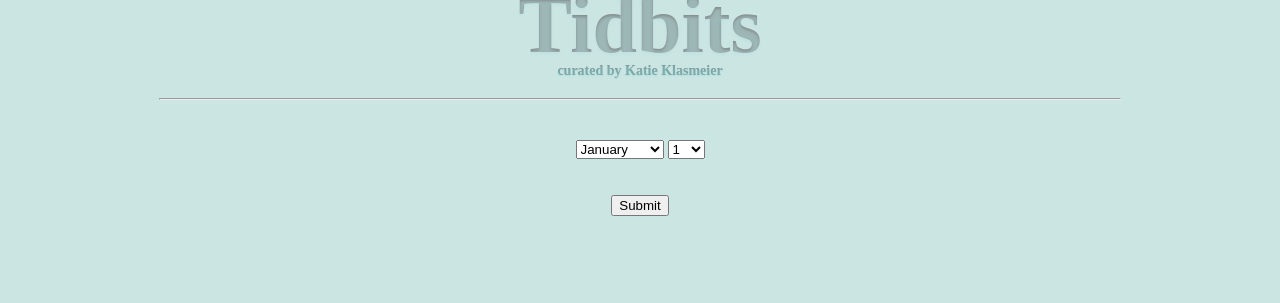
Repository: kklasmei/kklasmei.github.io
Page: tidbits/home.html
The author's editor kept a record of every edit. The page is drawn from the files as they stood at one moment, then again after the next edit.
The browser window is 1280 px wide. The pictures show the whole page.

Above is the page before.

### tidbits/home.html
<html>
    <head>
        <title>Tidbits</title>
        <link rel="stylesheet" href="tidbits.css">
    </head>
    <body>
        <h1> Tidbits </h1>
        <h2> curated by Katie Klasmeier </h2>
        <hr>
<div class= "date">
    <div class= "month"><select name="month">
    	<option value="1">January
    	<option value="2">February
    	<option value="3">March
    	<option value="4">April
    	<option value="5">May
    	<option value="6">June
    	<option value="7">July
    	<option value="8">August
    	<option value="9">September
    	<option value="10">October
    	<option value="11">November
    	<option value="12">December
    </select></div>

    <div class= "day"><select name="day">
    	<option value="1">1
    	<option value="2">2
    	<option value="3">3
    	<option value="4">4
    	<option value="5">5
    	<option value="6">6
    	<option value="7">7
    	<option value="8">8
    	<option value="9">9
    	<option value="10">10
    	<option value="11">11
    	<option value="12">12
    	<option value="13">13
    	<option value="14">14
    	<option value="15">15
    	<option value="16">16
    	<option value="17">17
    	<option value="18">18
    	<option value="19">19
    	<option value="20">20
    	<option value="21">21
    	<option value="22">22
    	<option value="23">23
    	<option value="24">24
    	<option value="25">25
    	<option value="26">26
    	<option value="27">27
    	<option value="28">28
    	<option value="29">29
    	<option value="30">30
    	<option value="31">31
    </select></div>
</div>
    	<br>
    	<br>

    <div class="submit"><input type="submit" value="Submit"></div>

    </body>
</html>

### tidbits/tidbits.css
h1 {
    text-align: center;
    font-size: 80;
    margin-top: -20;
    margin-bottom: -20;
    font-family: Archer;
    padding-top: -50px;
    opacity: .6;
    background-color: #565656;
    color: transparent;
    text-shadow: 0px 2px 3px rgba(167,219,219,.5);
  -webkit-background-clip: text;
     -moz-background-clip: text;
          background-clip: text;
}

h2 {
    text-align: center;
    font-size: 14;
    font-family: Archer;
    opacity: .6;
    background-color: #565656;
    padding-bottom: 8;
    color: transparent;
    text-shadow: 0px 1px 2px rgba(68,219,219,.5);
  -webkit-background-clip: text;
     -moz-background-clip: text;
          background-clip: text;
}

body {
    background: #cbe5e3;
    margin: 0;
    padding: 0;
}

hr {
    margin-bottom: 40;
    width: 75%;
    color: #44dbdb;
    display: block;
    height: 0;
}

.submit {
    text-align: center;
}

.month, .day {
    display: inline;
}

.date {
    text-align: center;
}

#searchbody {
	float: right;
	padding-top: 40px;
	padding-right: 40;
	margin-left: 50%;
}

.bar {
		margin: 0;
		padding: 2px 10px;
		font-family: Archer;
		font-size: 12px;
		border: 2px solid #99c7c8; border-right: 0px;
		border-top-left-radius: 5px 5px;
		border-bottom-left-radius: 5px 5px;
		background-color: transparent;
}

.button {
		margin: 0;
		padding: 3px 3px;
		font-family: Archer;
		font-size: 12px;
		cursor: pointer;
		text-align: center;
		text-decoration: none;
		color: #ffffff;
		border: solid 1px #a7dbdb; border-right:0px;
		background: #a7dbdb;
		background: -webkit-gradient(linear, left top, left bottom, from(#565656), to(#565656));
		background: -moz-linear-gradient(top,  #00adee,  #0078a5);
		border-top-right-radius: 5px 5px;
		border-bottom-right-radius: 5px 5px;
	}
	.tfbutton:hover {
		text-decoration: none;
		background: #565656;
		background: -webkit-gradient(linear, left top, left bottom, from(#0095cc), to(#00678e));
		background: -moz-linear-gradient(top,  #0095cc,  #00678e);
	}
	/* Fixes submit button height problem in Firefox */
	.tfbutton::-moz-focus-inner {
	  border: 0;
	}
	.tfclear{
		clear:both;
	}

After the next edit:
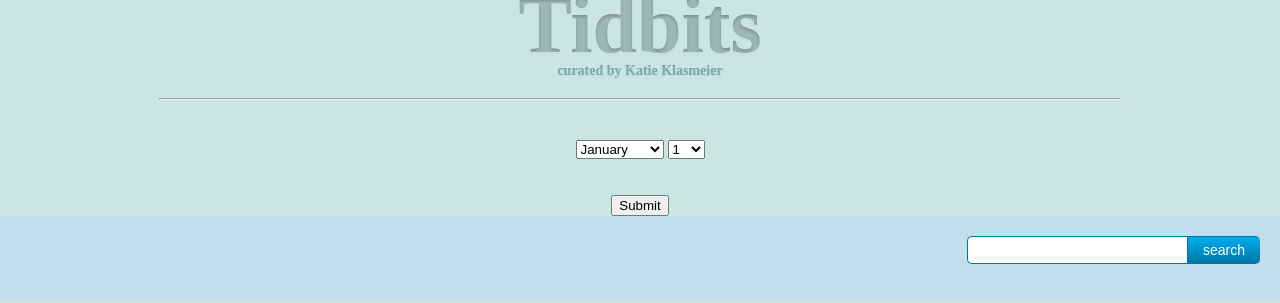
The edit:
--- a/tidbits/home.html
+++ b/tidbits/home.html
@@ -61,6 +61,70 @@
     	<br>
 
     <div class="submit"><input type="submit" value="Submit"></div>
+    <!DOCTYPE html>
+<html>
+<head>
+<title>Search Box Example 1</title>
+<meta name="ROBOTS" content="NOINDEX, NOFOLLOW" />
+<!-- CSS styles for standard search box -->
+<style type="text/css">
+	#tfheader{
+		background-color:#c3dfef;
+	}
+	#tfnewsearch{
+		float:right;
+		padding:20px;
+	}
+	.tftextinput{
+		margin: 0;
+		padding: 5px 15px;
+		font-family: Arial, Helvetica, sans-serif;
+		font-size:14px;
+		border:1px solid #0076a3; border-right:0px;
+		border-top-left-radius: 5px 5px;
+		border-bottom-left-radius: 5px 5px;
+	}
+	.tfbutton {
+		margin: 0;
+		padding: 5px 15px;
+		font-family: Arial, Helvetica, sans-serif;
+		font-size:14px;
+		outline: none;
+		cursor: pointer;
+		text-align: center;
+		text-decoration: none;
+		color: #ffffff;
+		border: solid 1px #0076a3; border-right:0px;
+		background: #0095cd;
+		background: -webkit-gradient(linear, left top, left bottom, from(#00adee), to(#0078a5));
+		background: -moz-linear-gradient(top,  #00adee,  #0078a5);
+		border-top-right-radius: 5px 5px;
+		border-bottom-right-radius: 5px 5px;
+	}
+	.tfbutton:hover {
+		text-decoration: none;
+		background: #007ead;
+		background: -webkit-gradient(linear, left top, left bottom, from(#0095cc), to(#00678e));
+		background: -moz-linear-gradient(top,  #0095cc,  #00678e);
+	}
+	/* Fixes submit button height problem in Firefox */
+	.tfbutton::-moz-focus-inner {
+	  border: 0;
+	}
+	.tfclear{
+		clear:both;
+	}
+</style>
+</head>
+<body>
+	<!-- HTML for SEARCH BAR -->
+	<div id="tfheader">
+		<form id="tfnewsearch" method="get" action="http://www.google.com">
+		        <input type="text" class="tftextinput" name="q" size="21" maxlength="120"><input type="submit" value="search" class="tfbutton">
+		</form>
+	<div class="tfclear"></div>
+	</div>
+
 
     </body>
 </html>

After the edit that followed:
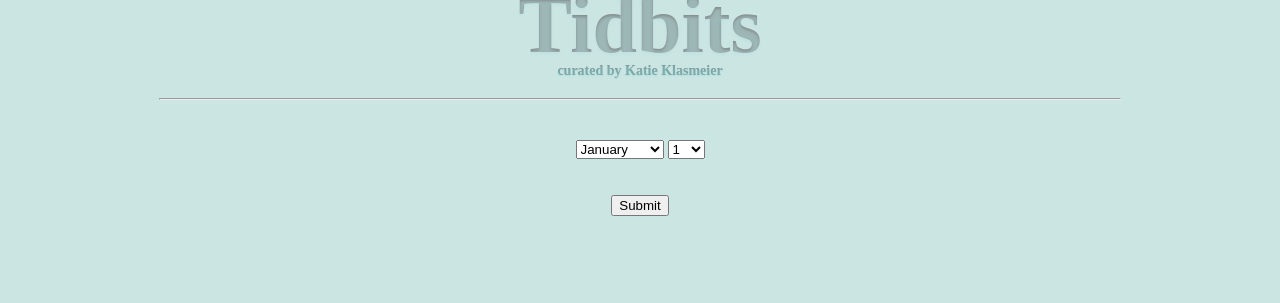
The edit:
--- a/tidbits/home.html
+++ b/tidbits/home.html
@@ -61,69 +61,7 @@
     	<br>
 
     <div class="submit"><input type="submit" value="Submit"></div>
-    <!DOCTYPE html>
-<html>
-<head>
-<title>Search Box Example 1</title>
-<meta name="ROBOTS" content="NOINDEX, NOFOLLOW" />
-<!-- CSS styles for standard search box -->
-<style type="text/css">
-	#tfheader{
-		background-color:#c3dfef;
-	}
-	#tfnewsearch{
-		float:right;
-		padding:20px;
-	}
-	.tftextinput{
-		margin: 0;
-		padding: 5px 15px;
-		font-family: Arial, Helvetica, sans-serif;
-		font-size:14px;
-		border:1px solid #0076a3; border-right:0px;
-		border-top-left-radius: 5px 5px;
-		border-bottom-left-radius: 5px 5px;
-	}
-	.tfbutton {
-		margin: 0;
-		padding: 5px 15px;
-		font-family: Arial, Helvetica, sans-serif;
-		font-size:14px;
-		outline: none;
-		cursor: pointer;
-		text-align: center;
-		text-decoration: none;
-		color: #ffffff;
-		border: solid 1px #0076a3; border-right:0px;
-		background: #0095cd;
-		background: -webkit-gradient(linear, left top, left bottom, from(#00adee), to(#0078a5));
-		background: -moz-linear-gradient(top,  #00adee,  #0078a5);
-		border-top-right-radius: 5px 5px;
-		border-bottom-right-radius: 5px 5px;
-	}
-	.tfbutton:hover {
-		text-decoration: none;
-		background: #007ead;
-		background: -webkit-gradient(linear, left top, left bottom, from(#0095cc), to(#00678e));
-		background: -moz-linear-gradient(top,  #0095cc,  #00678e);
-	}
-	/* Fixes submit button height problem in Firefox */
-	.tfbutton::-moz-focus-inner {
-	  border: 0;
-	}
-	.tfclear{
-		clear:both;
-	}
-</style>
-</head>
-<body>
-	<!-- HTML for SEARCH BAR -->
-	<div id="tfheader">
-		<form id="tfnewsearch" method="get" action="http://www.google.com">
-		        <input type="text" class="tftextinput" name="q" size="21" maxlength="120"><input type="submit" value="search" class="tfbutton">
-		</form>
-	<div class="tfclear"></div>
-	</div>
+
 
 
     </body>
